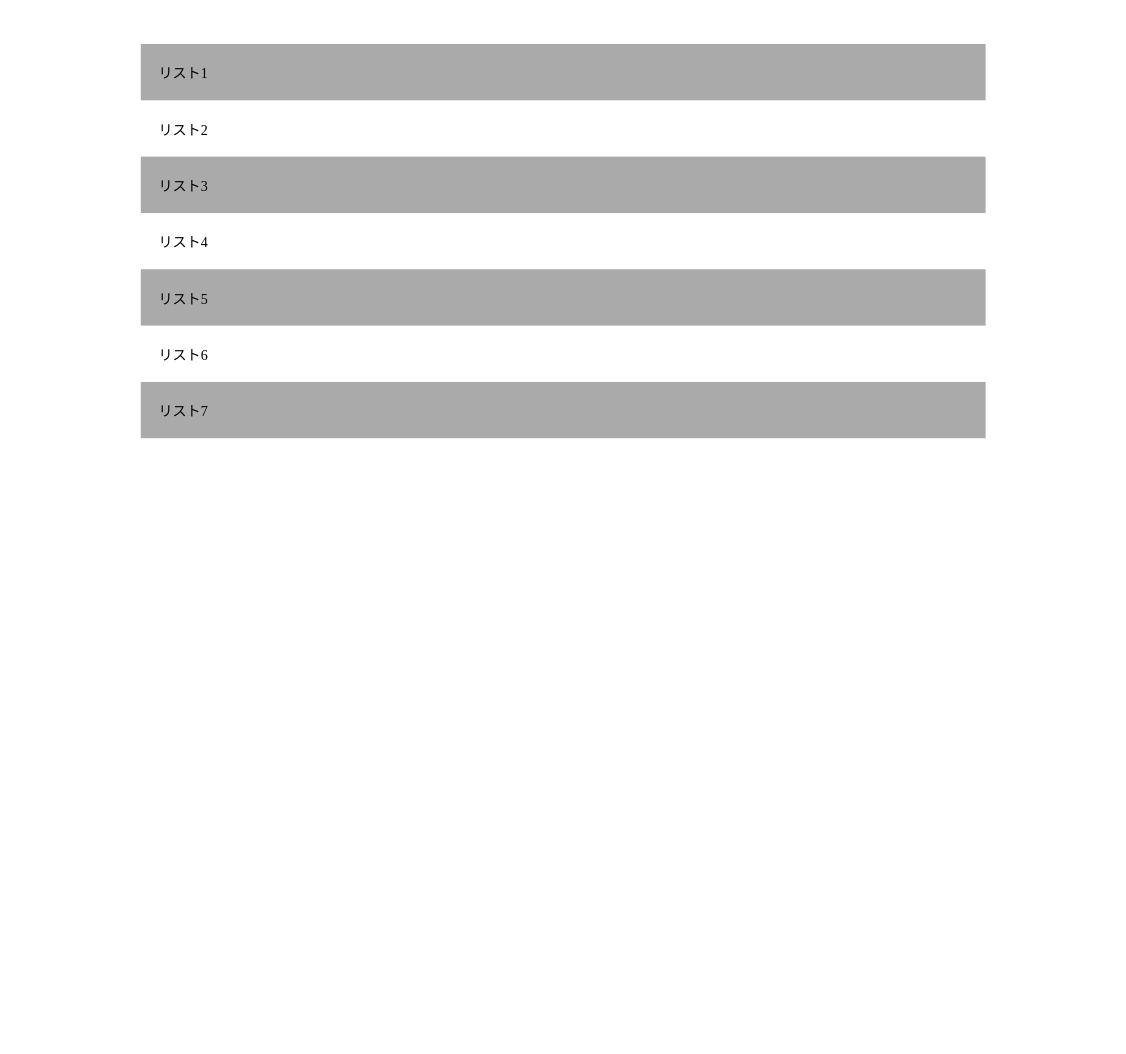
Repository: ryo32sun/Html-Practice
Page: practice/chapter8.html
The author's editor kept a record of every edit. The page is drawn from the files as they stood at one moment, then again after the next edit.
The browser window is 1280 px wide. The pictures show the whole page, at 88% of full size.

Above is the page before.

After the next edit:
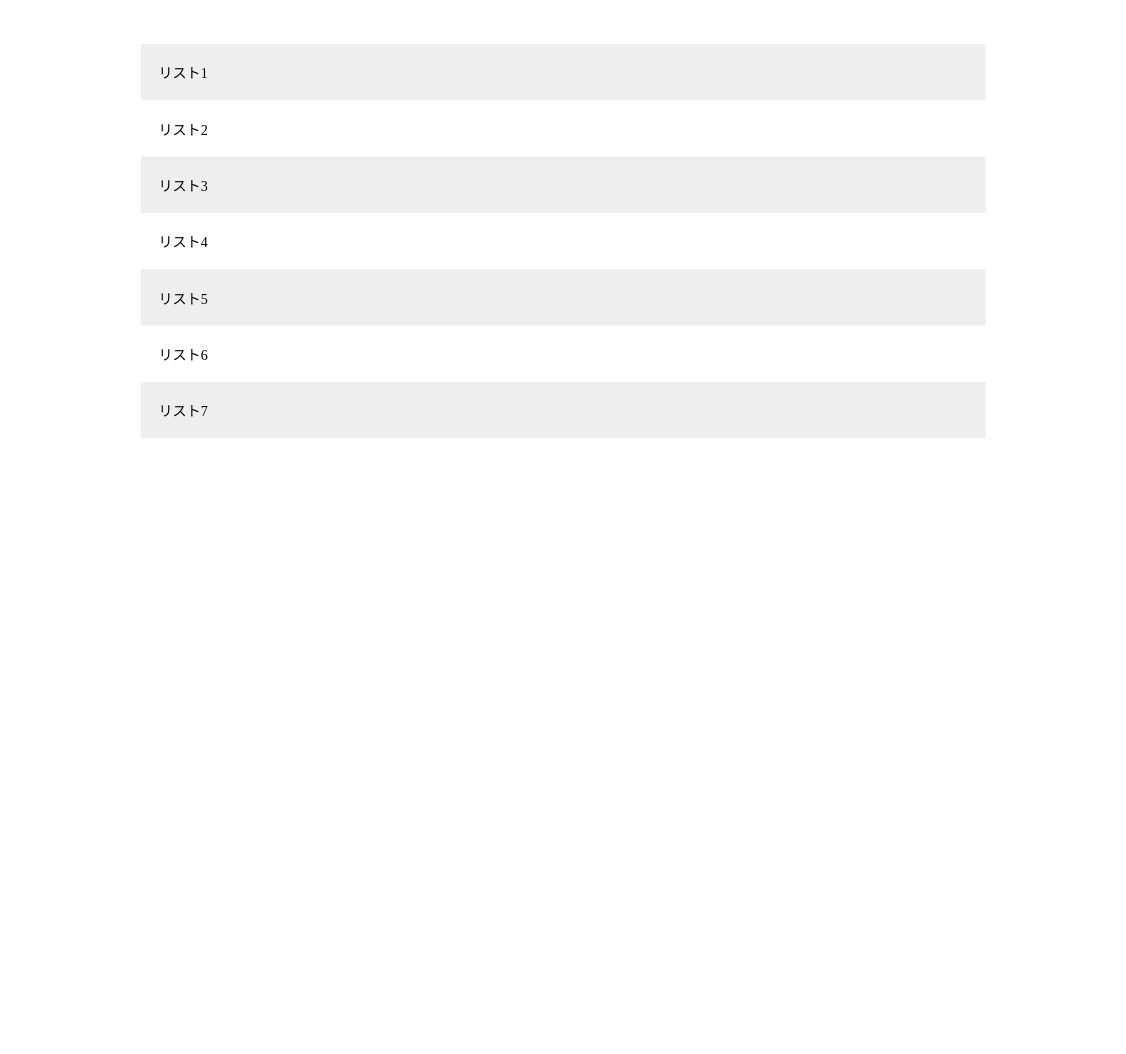
The edit:
--- a/practice/chapter8.css
+++ b/practice/chapter8.css
@@ -14,7 +14,7 @@
 }
 
 .list:nth-child(odd) {
-  background-color: #aaa;
+  background-color: #eee;
 }
 
 .block-box {
